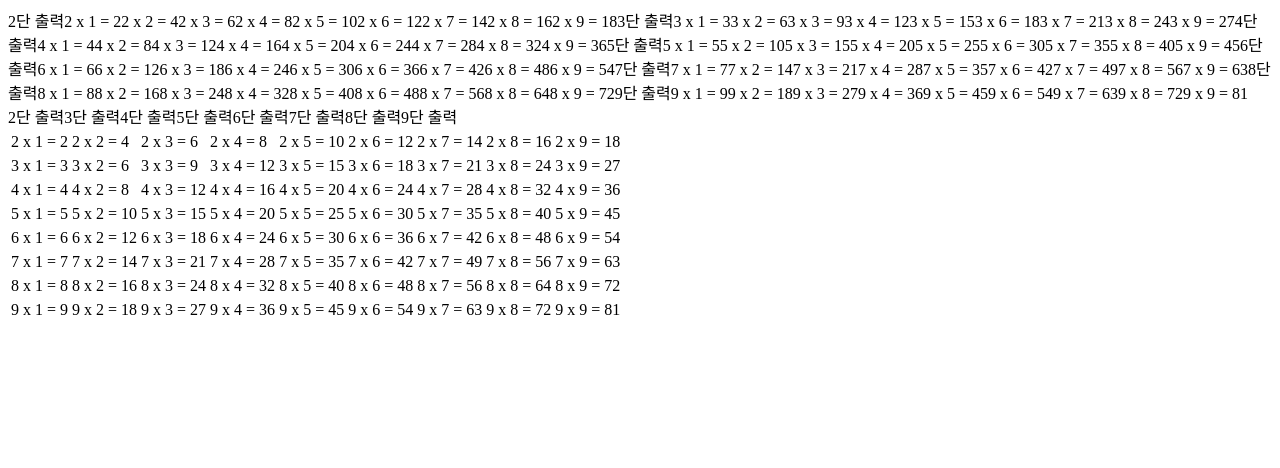
Repository: carnelli95/workspace_JSP
Page: http://localhost/MustHaveJSP/Mission/Gugudan1.jsp
The author's editor kept a copy of each file at every save. The page is drawn from the files as they stood at one save, then again after the next save.
The browser window is 1280 px wide. The pictures show the whole page.
The page is served by Tomcat 9.

Above is the page before, as saved 2025-09-22 08:28:06.

After the next save:
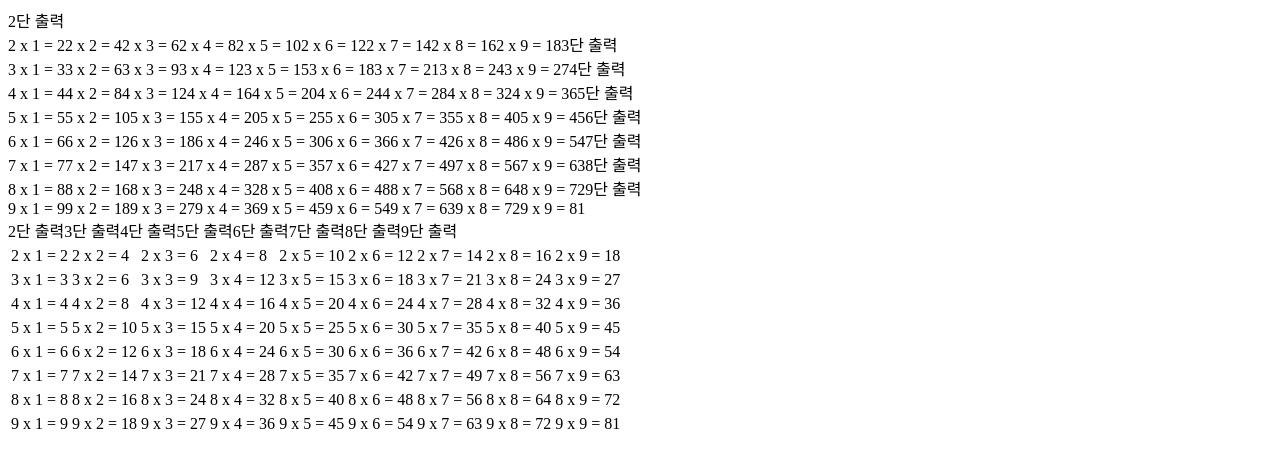
Saved 2 min 7 s later.
--- a/MustHaveJSP/src/main/webapp/Mission/Gugudan1.jsp
+++ b/MustHaveJSP/src/main/webapp/Mission/Gugudan1.jsp
@@ -15,7 +15,7 @@
 <%
 	for(int i = 2; i <= 9; i++) {
 
-		out.println("<tr>" + i + "단 출력</tr>");
+		out.println("<tr>" + i + "단 출력</tr><br>");
 		for(int j = 1; j <= 9; j++) {
 			out.print("<tr>" + i + " x " + j  + " = " + i * j + "</tr>");
 		}
